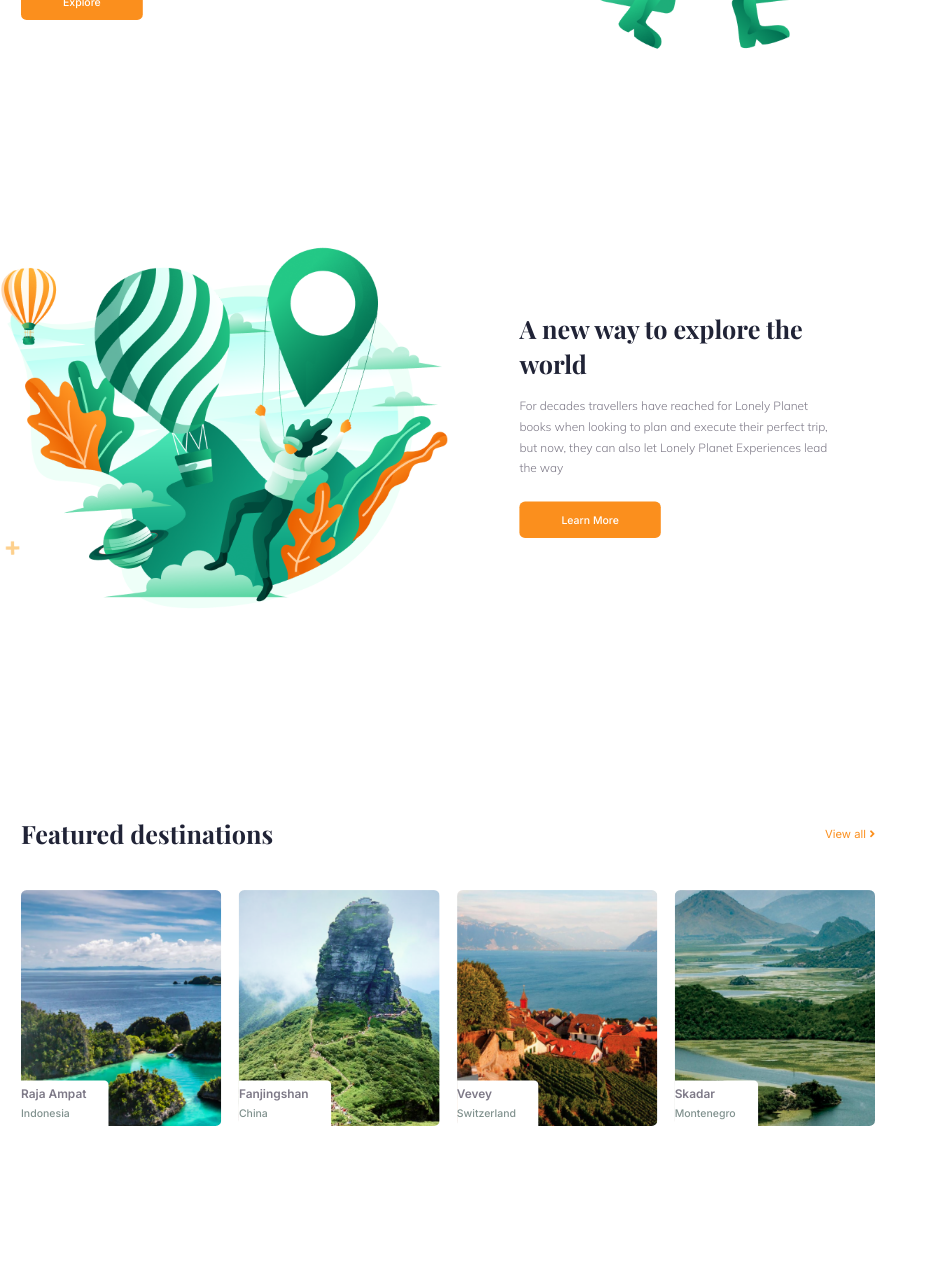
Repository: long5122000/sunny
Page: index.html
These files come from the project's save history. The page is drawn as it stood at one moment and after the next save; the edit follows.
The browser window is 1280 px wide. The page is 1335 px wide, so the pictures cover 1335 px, including what lies to the right of the window. The pictures show the part of the page from y = 752 to 2592 px (the page is 2592 px tall), at 70% of full size.
The style sheet was rebuilt from its Sass, Less or Tailwind sources for each picture, by a compiler version that may differ from the author's.

Above is the page before, as saved 2021-11-24 22:33:55.

After the next save:
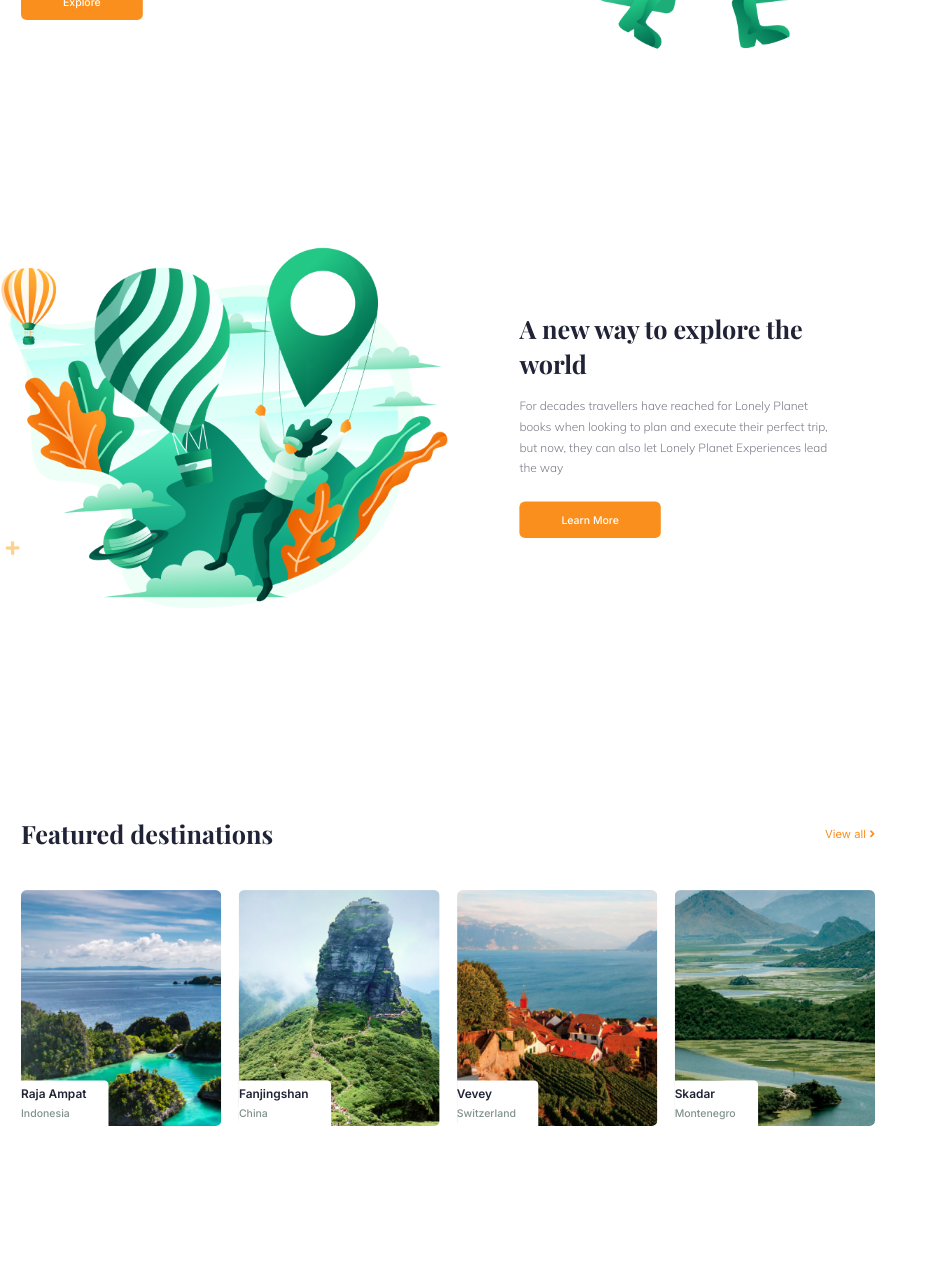
Saved 56 s later.
--- a/sass/_destination.scss
+++ b/sass/_destination.scss
@@ -44,7 +44,7 @@
   &-name {
     font-size: 17px;
     font-weight: 600;
-    color: $gray-darker;
+    color: $gray-darkest;
     margin-bottom: 10px;
   }
   &-country {
